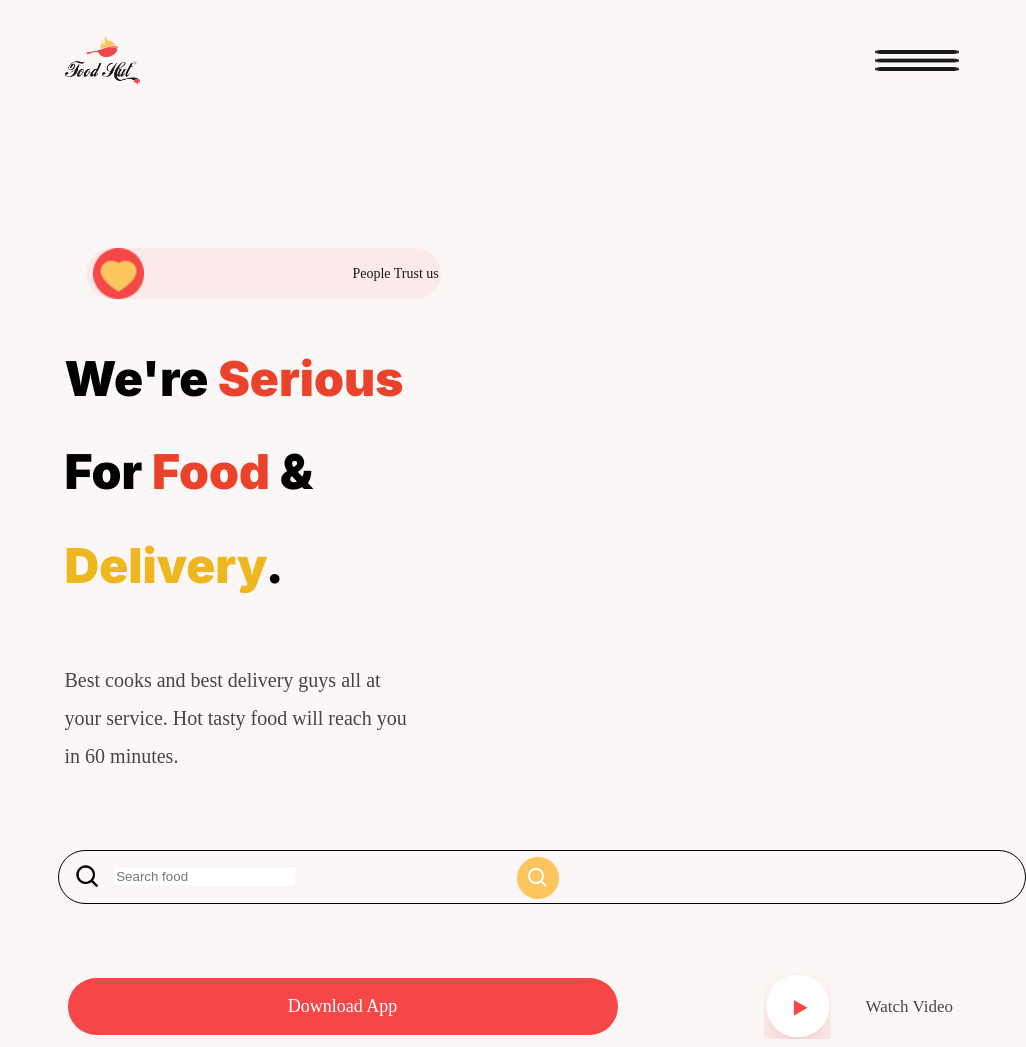
Repository: ReyhanehRahmani/Food-Hut
Page: FoodHut.html
The author's editor kept a copy of each file at every save. The page is drawn from the files as they stood at one save, then again after the next save.
The browser window is 1024 px wide. The page is 1026 px wide, so the pictures cover 1026 px, including what lies to the right of the window. The pictures show the whole page.
Some web fonts or font styles are not loaded; a fallback is used.

Above is the page before, as saved 2025-05-29 00:16:32.

After the next save:
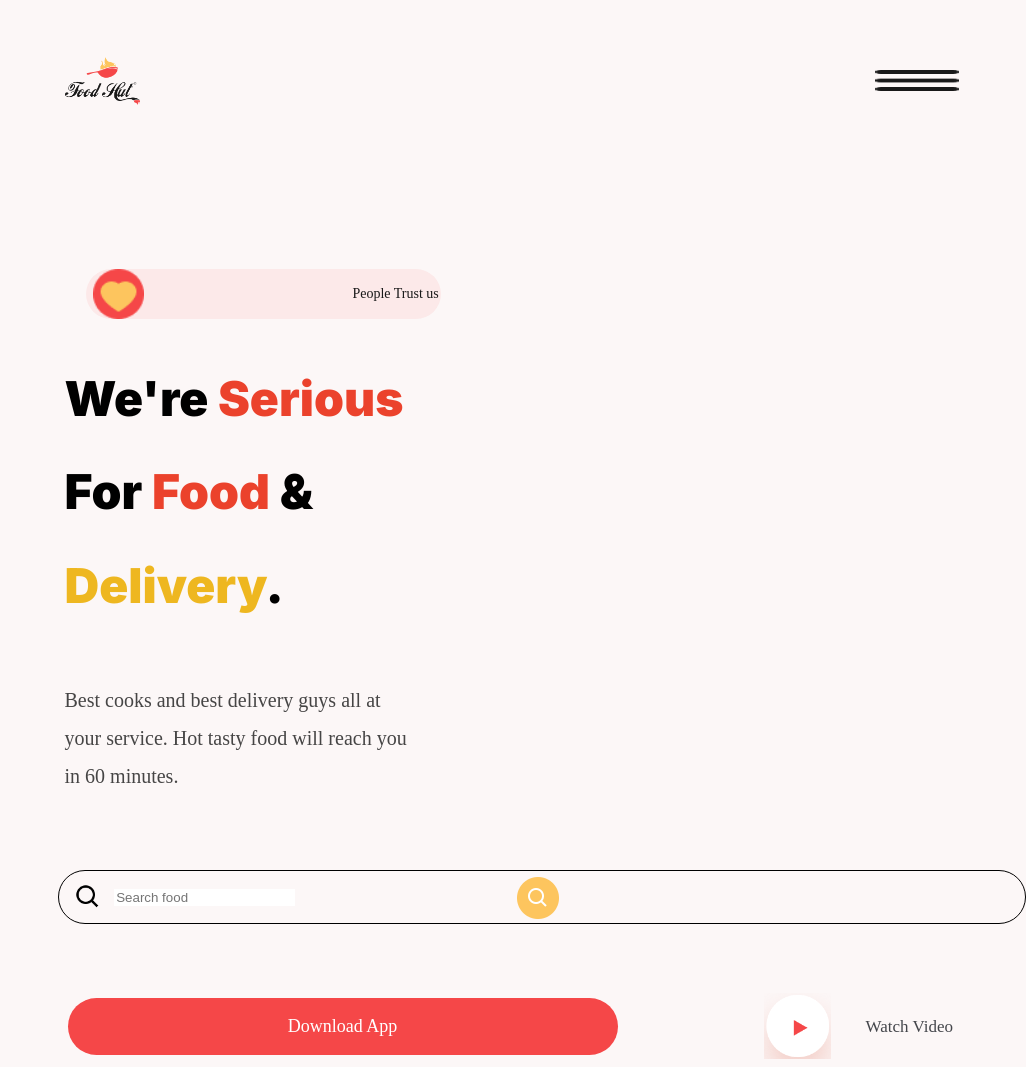
Saved 7 s later.
--- a/FoodHut.css
+++ b/FoodHut.css
@@ -17,7 +17,7 @@ body {
     justify-content: space-between;
     height: 6.739130435vh;
     align-items: center;
-    margin-top: 3.608695652%;
+    margin-top: 5.608695652%;
 }
 
 
